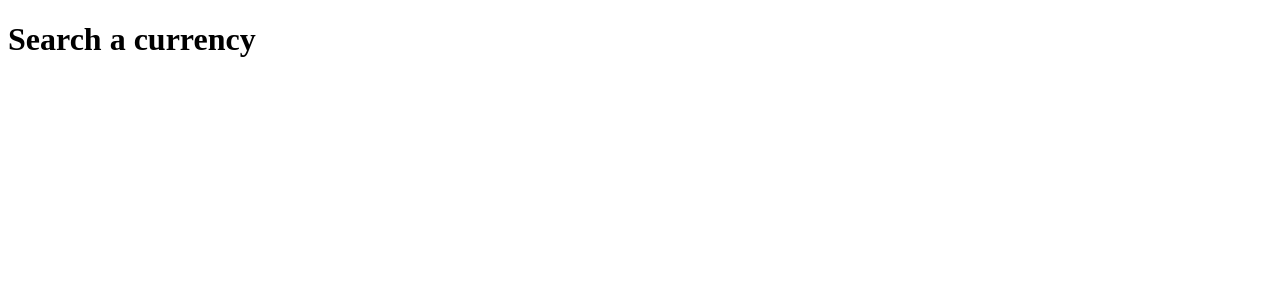
Repository: azizdeghais/Cryptocurrency
Page: /
The author's editor kept a copy of each file at every save. The page is drawn from the files as they stood at one save, then again after the next save.
The browser window is 1280 px wide. The pictures show the whole page.
The page's requests for data from a server got no answer. The project was rebuilt for these pictures with package versions that can differ from the ones it lists, and the page was loaded fresh each time. No one was signed in, and anything a server would have sent is missing. Also part of the build but not shown: src/App.css.

Above is the page before, as saved 2022-11-11 20:08:32.

After the next save:
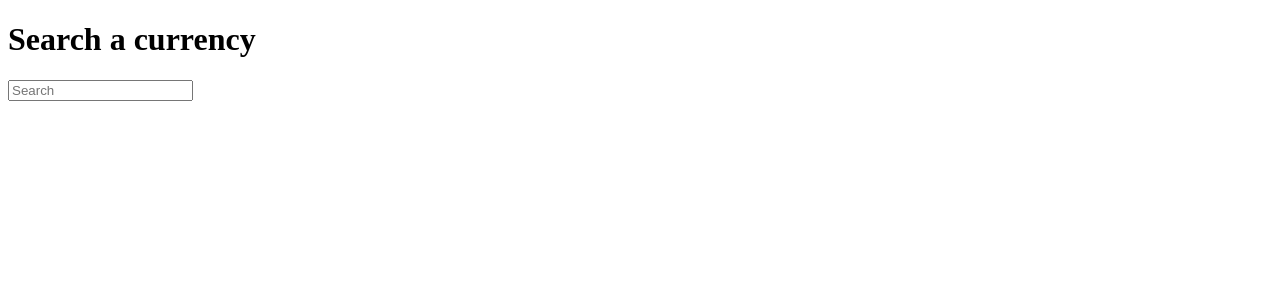
Saved 40 s later.
--- a/src/App.js
+++ b/src/App.js
@@ -20,6 +20,9 @@ const [coins, setCoins]=useState([]);
   <div className="coin-app">
     <div className="coin-search">
       <h1 className="coin-text">Search a currency</h1>
+      <form>
+        <input type="text" className="coin-input" placeholder="Search"/>
+      </form>
     </div>
   </div>
   );
